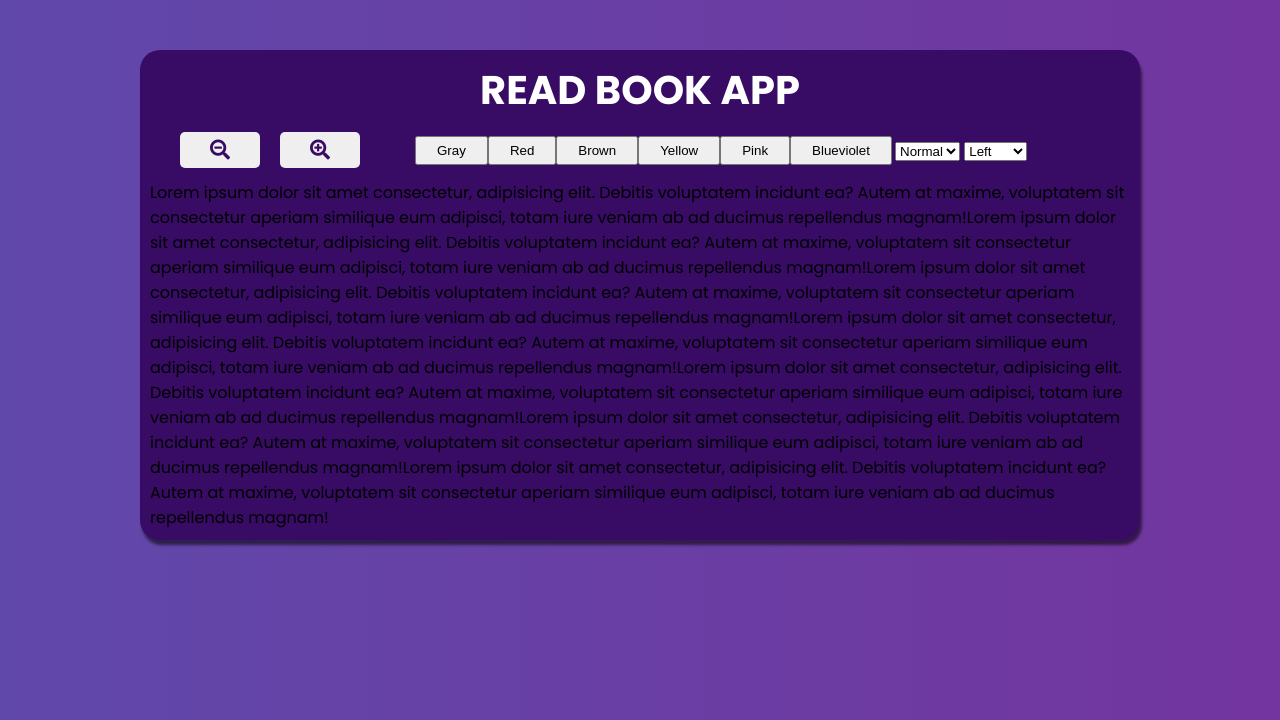
Repository: dinhconglam2306/frontend_tu_xa
Page: b09/02-reading-info/index.html
An editor plug-in stored every save of this project. The page is shown before and after the next save, followed by the edit.
The browser window is 1280 px wide. The pictures show the whole page.
Some web libraries are served in a nearby version. The style sheet was rebuilt from its Sass, Less or Tailwind sources for each picture, by a compiler version that may differ from the author's.

Above is the page before, as saved 2021-04-25 06:31:19.

### b09/02-reading-info/index.html
<!DOCTYPE html>
<html lang="en">
  <head>
    <meta charset="UTF-8" />
    <meta http-equiv="X-UA-Compatible" content="IE=edge" />
    <meta name="viewport" content="width=device-width, initial-scale=1.0" />
    <title>Document</title>
    <link rel="stylesheet" href="css/style.css" />
    <link
      rel="stylesheet"
      href="https://pro.fontawesome.com/releases/v5.10.0/css/all.css"
      integrity="sha384-AYmEC3Yw5cVb3ZcuHtOA93w35dYTsvhLPVnYs9eStHfGJvOvKxVfELGroGkvsg+p"
      crossorigin="anonymous"
    />
    <link rel="preconnect" href="https://fonts.gstatic.com" />
    <link
      href="https://fonts.googleapis.com/css2?family=Poppins:wght@100;300;400;500;700&display=swap"
      rel="stylesheet"
    />
  </head>
  <body>
    <div class="app">
      <h1 class="app__title">Read Book App</h1>
      <div class="app-controls">
        <div class="app-controls-zoom">
          <button class="app-controls-zoom__button" data-value="zoom-in">
            <i class="fas fa-search-minus app-controls-zoom__button-icon"></i>
          </button>
          <button class="app-controls-zoom__button" data-value="zoom-out">
            <i class="fas fa-search-plus app-controls-zoom__button-icon"></i>
          </button>
        </div>

        <div class="app-controls-bg">
          <button class="app-controls-bg__color gray" data-color="gray">
            Gray
          </button>
          <button class="app-controls-bg__color red" data-color="red">
            Red
          </button>
          <button class="app-controls-bg__color brown" data-color="brown">
            Brown
          </button>
          <button class="app-controls-bg__color yellow" data-color="yellow">
            Yellow
          </button>
          <button class="app-controls-bg__color pink" data-color="pink">
            Pink
          </button>
          <button
            class="app-controls-bg__color blueviolet"
            data-color="blueviolet"
          >
            Blueviolet
          </button>
        </div>

        <div class="app-controls-select">
          <select name="size" class="app-controls-select__lineheight">
            <option value="0.8">Narrow</option>
            <option value="1" selected>Normal</option>
            <option value="2">Large</option>
          </select>
          <select name="text-align" class="app-controls-select__textalign">
            <option value="left" selected>Left</option>
            <option value="center">Center</option>
            <option value="right">Right</option>
            <option value="justify">Justify</option>
          </select>
        </div>
      </div>
      <div class="app-content" style="font-size: 16px">
        <p>
          Lorem ipsum dolor sit amet consectetur, adipisicing elit. Debitis
          voluptatem incidunt ea? Autem at maxime, voluptatem sit consectetur
          aperiam similique eum adipisci, totam iure veniam ab ad ducimus
          repellendus magnam!Lorem ipsum dolor sit amet consectetur, adipisicing
          elit. Debitis voluptatem incidunt ea? Autem at maxime, voluptatem sit
          consectetur aperiam similique eum adipisci, totam iure veniam ab ad
          ducimus repellendus magnam!Lorem ipsum dolor sit amet consectetur,
          adipisicing elit. Debitis voluptatem incidunt ea? Autem at maxime,
          voluptatem sit consectetur aperiam similique eum adipisci, totam iure
          veniam ab ad ducimus repellendus magnam!Lorem ipsum dolor sit amet
          consectetur, adipisicing elit. Debitis voluptatem incidunt ea? Autem
          at maxime, voluptatem sit consectetur aperiam similique eum adipisci,
          totam iure veniam ab ad ducimus repellendus magnam!Lorem ipsum dolor
          sit amet consectetur, adipisicing elit. Debitis voluptatem incidunt
          ea? Autem at maxime, voluptatem sit consectetur aperiam similique eum
          adipisci, totam iure veniam ab ad ducimus repellendus magnam!Lorem
          ipsum dolor sit amet consectetur, adipisicing elit. Debitis voluptatem
          incidunt ea? Autem at maxime, voluptatem sit consectetur aperiam
          similique eum adipisci, totam iure veniam ab ad ducimus repellendus
          magnam!Lorem ipsum dolor sit amet consectetur, adipisicing elit.
          Debitis voluptatem incidunt ea? Autem at maxime, voluptatem sit
          consectetur aperiam similique eum adipisci, totam iure veniam ab ad
          ducimus repellendus magnam!
        </p>
      </div>
    </div>
    <script src="js/jquery-3.6.0.min.js"></script>
    <script src="js/main.js"></script>
  </body>
</html>

### b09/02-reading-info/js/main.js
$(document).ready(function () {
  let areaContent = $(".app-content");
  let btnZoom = $(".app-controls-zoom__button");
  let btnColor = $(".app-controls-bg__color");
  let selectLineheight = $(".app-controls-select__lineheight");
  let textAlign = $(".app-controls-select__textalign");

  let config = JSON.parse(localStorage.getItem("READING_INFO"));
  if (config) {
    areaContent.css("background-color", config.bgColor);
    areaContent.css("font-size", config.fontSize + "px");
    areaContent.css("text-align", config.position);
    areaContent.css("line-height", config.lineHeight);
  } else {
    config = {
      bgColor: "red",
      lineHeight: 1,
      position: "right",
      fontSize: 12,
    };
    localStorage.setItem("READING_INFO", JSON.stringify(config));
  }

  /*------------FONTSIZE - START---------*/
  const incrementFontsize = 1;
  btnZoom.on("click", function () {
    let fontSize = parseFloat($(".app-content").css("font-size"));
    let value = $(this).data("value");
    if (value == "zoom-out") {
      fontSize += incrementFontsize;
    } else if (value == "zoom-in") {
      fontSize -= incrementFontsize;
    }
    areaContent.css("font-size", fontSize + "px");
    config.fontSize = fontSize;
    localStorage.setItem("READING_INFO", JSON.stringify(config));
  });
  /*------------FONTSIZE - END---------*/

  /*------------BACKGROUND-COLOR - START---------*/
  btnColor.click(function () {
    let color = $(this).data("color");
    areaContent.css("background-color", color);
    config.bgColor = color;
    localStorage.setItem("READING_INFO", JSON.stringify(config));
  });
  /*------------BACKGROUND-COLOR - END---------*/

  /*------------LINE-HEIGHT - START---------*/
  selectLineheight.change(function () {
    let lineheight = selectLineheight.val();
    areaContent.css("line-height", lineheight);
    config.lineHeight = lineheight;
    localStorage.setItem("READING_INFO", JSON.stringify(config));
  });
  /*------------LINE-HEIGHT - END---------*/

  /*------------TEXT-ALIGN - START---------*/
  textAlign.change(function () {
    let position = textAlign.val();
    areaContent.css("text-align", position);
    config.position = position;
    localStorage.setItem("READING_INFO", JSON.stringify(config));
  });
  /*------------TEXT-ALIGN - END---------*/
});

### b09/02-reading-info/style.scss
@mixin size($width, $height: $width) {
  width: $width;
  height: $height;
}
@mixin flexbox(
  $align: flex-start,
  $justify: flex-start,
  $flex-direction: row,
  $wrap: nowrap
) {
  display: flex;
  align-items: $align;
  justify-content: $justify;
  flex-direction: $flex-direction;
  flex-wrap: $wrap;
}
* {
  margin: 0px;
  padding: 0px;
  box-sizing: border-box;
}
html {
  font-size: 62.5%;
}
body {
  padding: 5rem;
  font-size: 1.6rem;
  font-family: "Poppins", sans-serif;
  font-weight: normal;
  display: flex;
  align-items: center;
  justify-content: center;
  background-image: linear-gradient(to right, #6048aa, #73359f);
}
a {
  text-decoration: none;
}
img {
  display: block;
  max-width: 100%;
}
.app {
  display: flex;
  flex-direction: column;
  align-items: center;
  justify-content: center;
  width: 100rem;
  background-color: #380c65;
  overflow: hidden;
  padding: 1rem;
  border-radius: 2rem;
  box-shadow: 2px 5px 3px rgba(0, 0, 0, 0.548);
  &__title {
    color: white;
    font-size: 4rem;
    text-transform: uppercase;
  }
  &-controls {
    display: flex;
    align-items: center;
    justify-content: space-between;
    width: 100%;
    height: 6rem;
    padding: 0 2rem;
    &-zoom {
      width: calc(25% - 2rem);
      display: flex;
      align-items: center;
      &__button {
        padding: 0.8rem 3rem;
        border: 0;
        margin: 1rem;
        border-radius: 0.5rem;
        cursor: pointer;
        display: flex;
        justify-content: center;
        align-items: center;
        color: #380c65;
        &:hover {
          background-color: #6508c2;
          color: white;
        }
        &:active {
          transform: scale(0.98);
        }
        &-icon {
          font-size: 2rem;
        }
      }
    }
    &-bg {
      width: calc(50% - 2rem);
      display: flex;
      align-items: center;
      justify-content: space-around;
      &__color {
        padding: 0.5rem 2rem;
      }
    }
    &-select {
      width: calc(25% - 2rem);
    }
  }
}

Loaded but not shown: b09/02-reading-info/js/jquery-3.6.0.min.js (library)

After the next save:
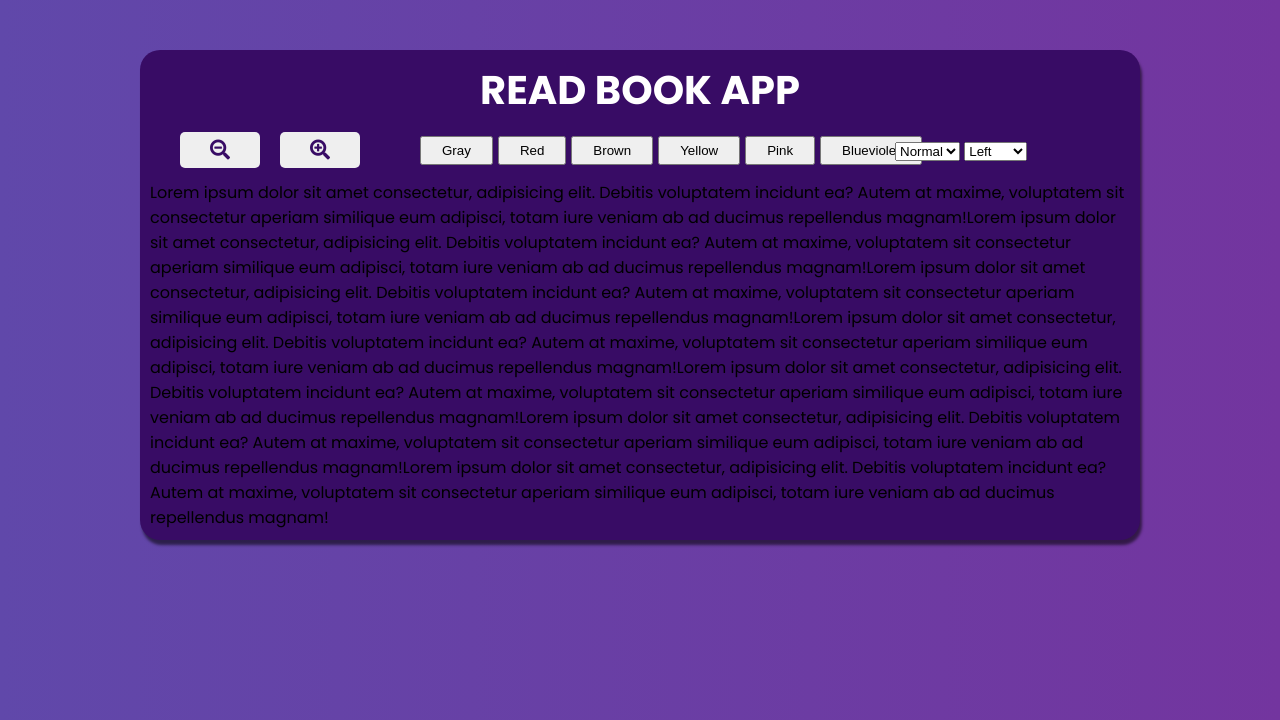
Saved 38 s later.
--- a/b09/02-reading-info/style.scss
+++ b/b09/02-reading-info/style.scss
@@ -95,6 +95,7 @@ img {
       justify-content: space-around;
       &__color {
         padding: 0.5rem 2rem;
+        margin-left: 0.5rem;
       }
     }
     &-select {
